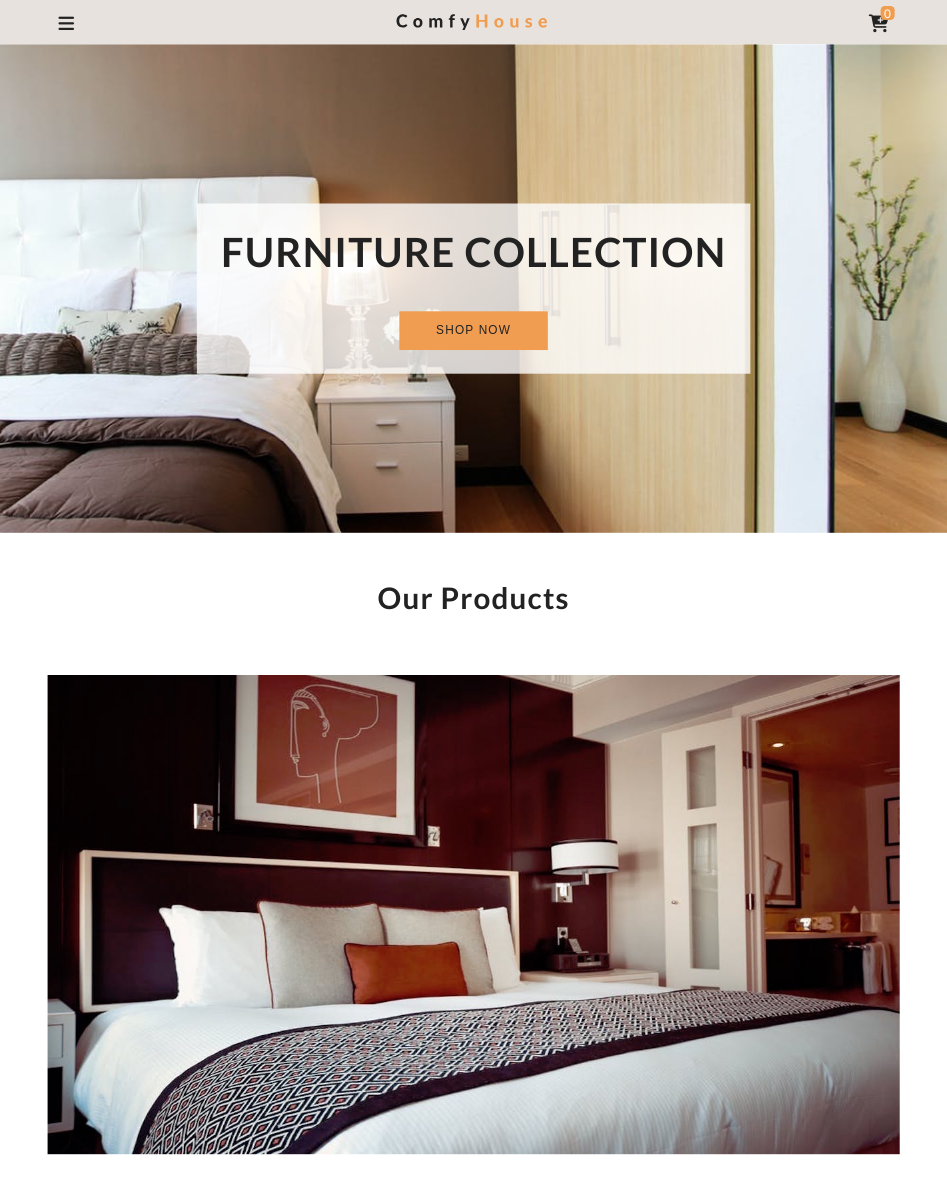
Repository: MohammadMazloum123/E-Commerce-Project
Page: images/index.html
An editor plug-in stored every save of this project. The page is shown before and after a run of saves, followed by the edit.
The browser window is 1280 px wide. The pictures show the whole page, at 74% of full size.
Some web libraries are served in a nearby version.

Above is the page before, as saved 2024-02-18 13:47:34.

### images/index.html
<!DOCTYPE html>
<html lang="en">
<head>
    <meta charset="UTF-8">
    <meta name="viewport" content="width=device-width, initial-scale=1.0">
    <title>Comfy-House</title>
    <link rel="stylesheet" href="main.css">
</head>
<body>
    <!--nav bar-->
    <nav class="navbar">
        <div class="navbar-center">
            <span class="nav-icon">
                <i class="fas fa-bars"></i>
            </span>
            <img src="logo.svg">
            <div class="cart-btn">
                <span class="nav-icon">
                    <i class="fas fa-cart-plus"></i>
                </span>
                <div class="cart-items">0</div>
            </div>
        </div>
    </nav>
    <!--End of navbar-->
    <!--Hero-->
    <header class="hero">
        <div class="banner">
            <h1 class="banner-title">furniture collection</h1>
            <button class="banner-btn">shop now</button>
        </div>
    </header>
    <!--End of Hero-->
    <!--Products-->
    <section class="products">
        <div class="section-title">
            <h2>our products</h2>
        </div>
        <div class="products-center">
            <!--single products-->
            <article class="product">
                <div class="img-container">
                    <img src="product-1.jpeg" class="product-img">
                    <button class="bag-btn" data-id="1">
                        <i class="fas fa-shopping-cart"></i>
                        add to bag
                    </button>
                </div>
            </article>
            <!--end of single products-->
        </div>
    </section>




    <!--End of products-->
    <script src="app.js"></script>
    <script src="https://kit.fontawesome.com/15b45a17d7.js" crossorigin="anonymous"></script>
</body>
</html>

### images/main.css
    @import url("https://fonts.googleapis.com/css?family=Lato:400,700");

:root {
    --primaryColor: #f09d51;
    --mainWhite: #fff;
    --mainBlack: #222;
    --mainGrey: #ececec;
    --mainSpacing: 0.1rem;
    --mainTransition: all 0.3s linear;
    }
* {
    margin: 0;
    padding: 0;
    box-sizing: border-box;
    }
body {
    color: var(--mainBlack);
    background: var(--mainWhite);
    font-family: "Lato", sans-serif;
    }
    /* --------------- Navbar ---------------- */
.navbar {
    position: sticky;
    top: 0;
    height: 60px;
    width: 100%;
    display: flex;
    align-items: center;
    background: rgb(231, 226, 221);
    z-index: 1;
    }
    .navbar-center {
    width: 100%;
    max-width: 1170px;
    margin: 0 auto;
    display: flex;
    align-items: center;
    justify-content: space-between;
    padding: 0 1.5rem;
    }
    .nav-icon {
    font-size: 1.5rem;
    }
    .cart-btn {
    position: relative;
    cursor: pointer;
    }
    .cart-items {
    position: absolute;
    top: -8px;
    right: -8px;
    background: var(--primaryColor);
    padding: 0 5px;
    border-radius: 30%;
    color: var(--mainWhite);
    }
    /* --------------- End of Navbar ---------------- */
    /* --------------- Hero ---------------- */
    .hero {
    min-height: calc(100vh - 60px);
    background: url("hero-bcg.jpeg") center/cover no-repeat;
    display: flex;
    align-items: center;
    justify-content: center;
    }
    .banner {
    text-align: center;
    background: rgba(255, 255, 255, 0.8);
    display: inline-block;
    padding: 2rem;
    }
    .banner-title {
    font-size: 3.4rem;
    text-transform: uppercase;
    letter-spacing: var(--mainSpacing);
    margin-bottom: 3rem;
    }
    .banner-btn {
    padding: 1rem 3rem;
    text-transform: uppercase;
    letter-spacing: var(--mainSpacing);
    font-size: 1rem;
    background: var(--primaryColor);
    color: var(--mainBlack);
    border: 1px solid var(--primaryColor);
    transition: var(--mainTransition);
    cursor: pointer;
    }
    .banner-btn:hover {
    background: transparent;
    color: var(--primaryColor);
    }
    /* --------------- End of Hero ---------------- */

    /* --------------- Products ---------------- */

    .products {
    padding: 4rem 0;
    }
    .section-title h2 {
    text-align: center;
    font-size: 2.5rem;
    margin-bottom: 5rem;
    text-transform: capitalize;
    letter-spacing: var(--mainSpacing);
    }
    .products-center {
    width: 90vw;
    margin: 0 auto;
    max-width: 1170px;
    display: grid;
    grid-template-columns: repeat(auto-fit, minmax(260px, 1fr));
    grid-column-gap: 1.5rem;
    grid-row-gap: 2rem;
    }
    .img-container {
    position: relative;
    overflow: hidden;
    }
    .bag-btn {
    position: absolute;
    top: 70%;
    right: 0;
    background: var(--primaryColor);
    border: none;
    text-transform: uppercase;
    padding: 0.5rem 0.75rem;
    letter-spacing: var(--mainSpacing);
    font-weight: bold;
    transition: var(--mainTransition);
    transform: translateX(101%);
    cursor: pointer;
    }
    .bag-btn:hover {
    color: var(--mainWhite);
    }
    .fa-shopping-cart {
    margin-right: 0.5rem;
    }
    .img-container:hover .bag-btn {
    transform: translateX(0);
    }
    .product-img {
    display: block;
    width: 100%;
    min-height: 12rem;
    transition: var(--mainTransition);
    }
    .img-container:hover .product-img {
    opacity: 0.5;
    }

    .product h3 {
    text-transform: capitalize;
    font-size: 1.1rem;
    margin-top: 1rem;
    letter-spacing: var(--mainSpacing);
    text-align: center;
    }

    .product h4 {
    margin-top: 0.7rem;
    letter-spacing: var(--mainSpacing);
    color: var(--primaryColor);
    text-align: center;
    }

    /* ---------------End of Products ---------------- */
    /* --------------- Cart ---------------- */
    .cart-overlay {
    position: fixed;
    top: 0;
    right: 0;
    width: 100%;
    height: 100%;
    transition: var(--mainTransition);
    background: rgb(240, 157, 81, 0.5);
    z-index: 2;
    visibility: hidden;
    }
    .cart {
    position: fixed;
    top: 0;
    right: 0;
    width: 100%;
    height: 100%;
    overflow: scroll;
    z-index: 3;
    background: rgb(231, 226, 221);
    padding: 1.5rem;
    transition: var(--mainTransition);
    transform: translateX(100%);
    }
    .showCart {
    transform: translateX(0);
    }
    .transparentBcg {
    visibility: visible;
    }
    @media screen and (min-width: 768px) {
    .cart {
        width: 30vw;
        min-width: 450px;
    }
    }

    .close-cart {
    font-size: 1.7rem;
    cursor: pointer;
    }
    .cart h2 {
    text-transform: capitalize;
    text-align: center;
    letter-spacing: var(--mainSpacing);
    margin-bottom: 2rem;
    }
    /*---------- Cart Item -------------------- */
    .cart-item {
    display: grid;
    align-items: center;
    grid-template-columns: auto 1fr auto;
    grid-column-gap: 1.5rem;
    margin: 1.5rem 0;
    }
    .cart-item img {
    width: 75px;
    height: 75px;
    }
    .cart-item h4 {
    font-size: 0.85rem;
    text-transform: capitalize;
    letter-spacing: var(--mainSpacing);
    }
    .cart-item h5 {
    margin: 0.5rem 0;
    letter-spacing: var(--mainSpacing);
    }
    .item-amount {
    text-align: center;
    }
    .remove-item {
    color: grey;
    cursor: pointer;
    }
    .fa-chevron-up,
    .fa-chevron-down {
    color: var(--primaryColor);
    cursor: pointer;
    }
    /*---------- End of Cart Item -------------------- */

    .cart-footer {
    margin-top: 2rem;
    letter-spacing: var(--mainSpacing);
    text-align: center;
    }
    .cart-footer h3 {
    text-transform: capitalize;
    margin-bottom: 1rem;
    }

    /* --------------- End of Cart ---------------- */

Loaded but not shown: images/app.js (no copy from this time; the picture is the same without it)

After the next 3 saves:
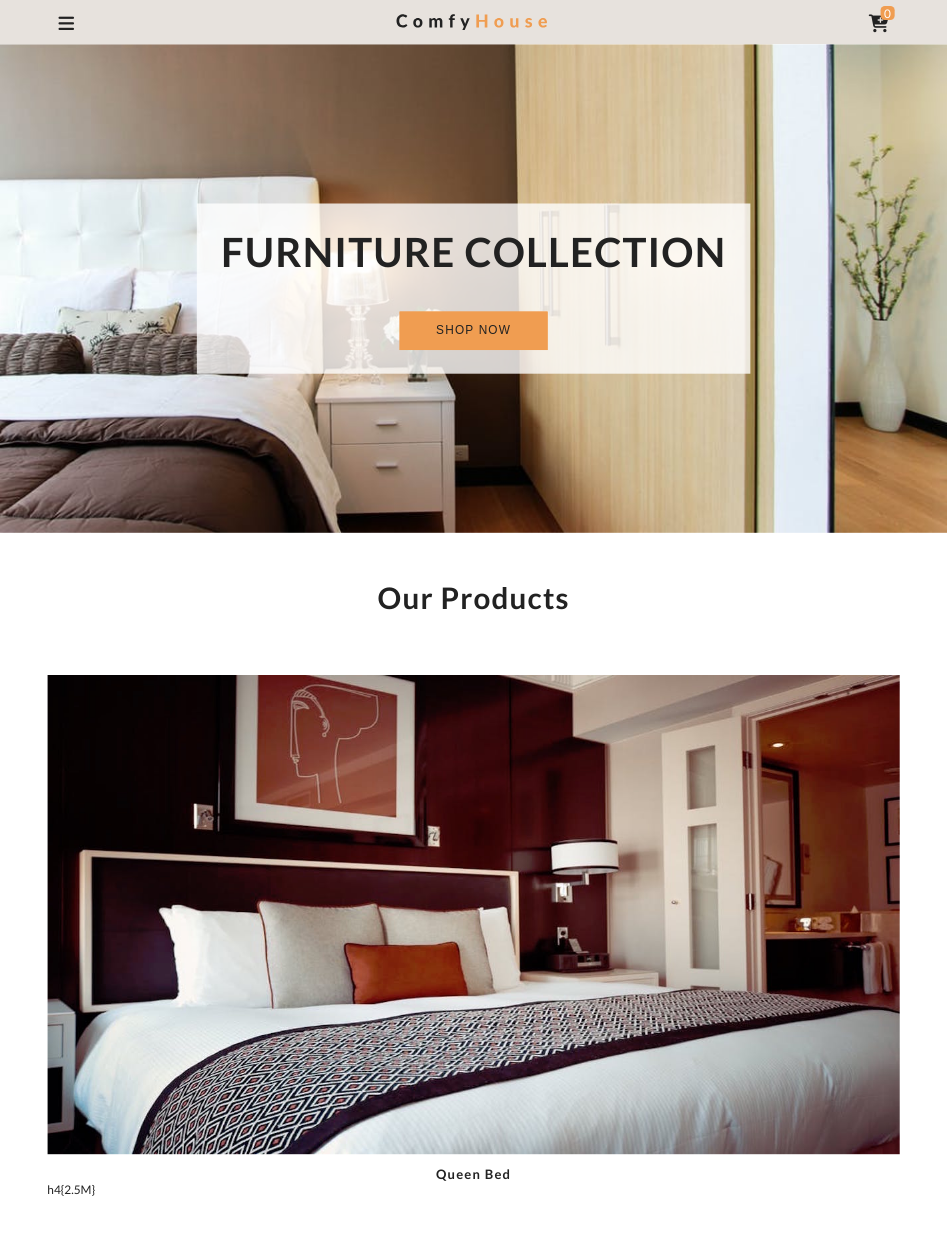
The 3 saves are shown as one change because they came seconds apart.
The last was saved 62 s later.
--- a/images/index.html
+++ b/images/index.html
@@ -46,6 +46,8 @@
                         add to bag
                     </button>
                 </div>
+                <h3>queen bed</h3>
+                h4{2.5M}
             </article>
             <!--end of single products-->
         </div>
